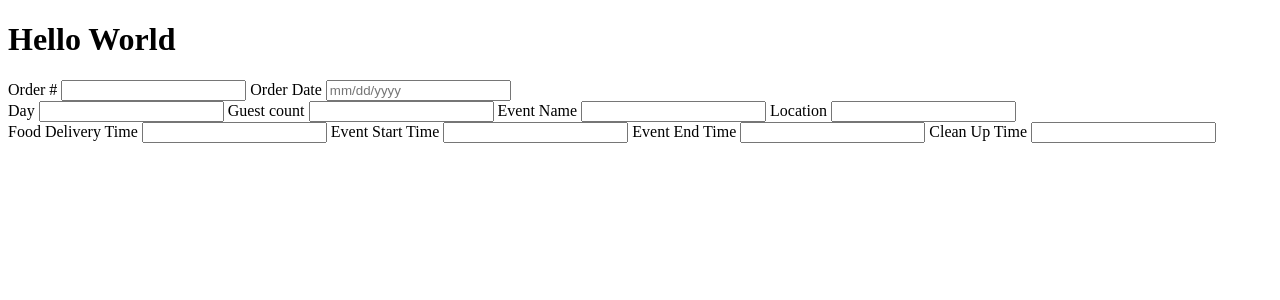
Repository: pmbyrd/rgp-catering
Page: index.html
An editor plug-in stored every save of this project. The page is shown before and after the next save, followed by the edit.
The browser window is 1280 px wide. The pictures show the whole page.

Above is the page before, as saved 2023-12-04 17:40:30.

### index.html
<!DOCTYPE html>
<html lang="en">

<head>
    <meta charset="UTF-8">
    <meta name="viewport" content="width=device-width, initial-scale=1.0">
    <title>Document</title>
</head>

<body>
    <h1>Hello World</h1>
    <form action="">
        <div class="details">
            <div class="order-details">
                <label for="order-id">Order #</label>
                <input type="text" id="order-id">
                <label for="order-date">Order Date</label>
                <input type="text" id="order-date" placeholder="mm/dd/yyyy">
            </div>
            <div class="details-info">
                <label for="order-day">Day</label>
                <input type="text" id="order-day">
                <label for="count">Guest count</label>
                <input type="text" id="count">
                <label for="event-name">Event Name</label>
                <input type="text" id="event-name">
                <label for="location">Location</label>
                <input type="text" id="location">
            </div>
            <div class="details-times">
                <label for="delivery-time">Food Delivery Time</label>
                <input type="text" id="delivery-time">
                <label for="start-time">Event Start Time</label>
                <input type="text" id="start-time">
                <label for="end-time">Event End Time</label>
                <input type="text" id="end-time">
                <label for="clean-up-time">Clean Up Time</label>
                <input type="text" id="clean-up-time">
            </div>
        </div>
        <div class="food-order">
            <label for="menu">
                <h3><Menu></Menu></h3>
            </label>
        </div>
    </form>
    <script src="index.js"></script>
</body>

</html>

Loaded but not shown: index.js (no stored copy; drawn as an empty file)

After the next save:
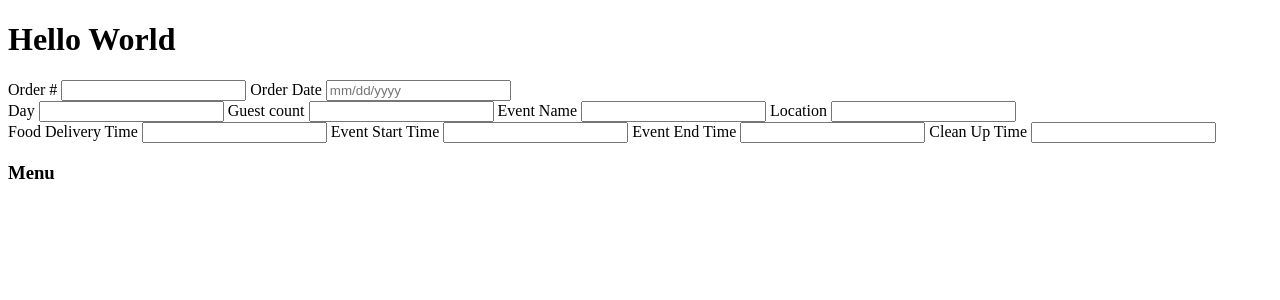
Saved 13 s later.
--- a/index.html
+++ b/index.html
@@ -40,7 +40,7 @@
         </div>
         <div class="food-order">
             <label for="menu">
-                <h3><Menu></Menu></h3>
+                <h3>Menu</h3>
             </label>
         </div>
     </form>
